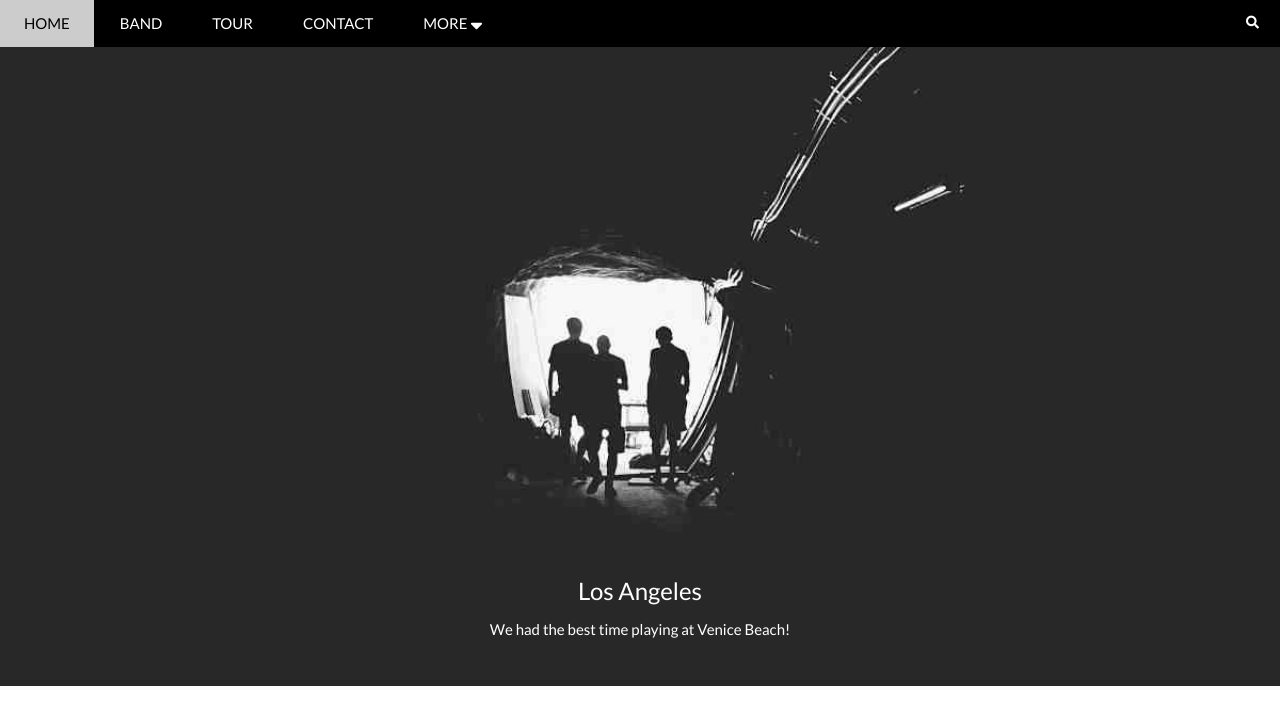
Repository: nguyenthaicong265/w3-band
Page: index.html
An editor plug-in stored every save of this project. The page is shown before and after the next save, followed by the edit.
The browser window is 1280 px wide. The pictures show the whole page.

Above is the page before, as saved 2021-12-28 16:31:37.

After the next save:
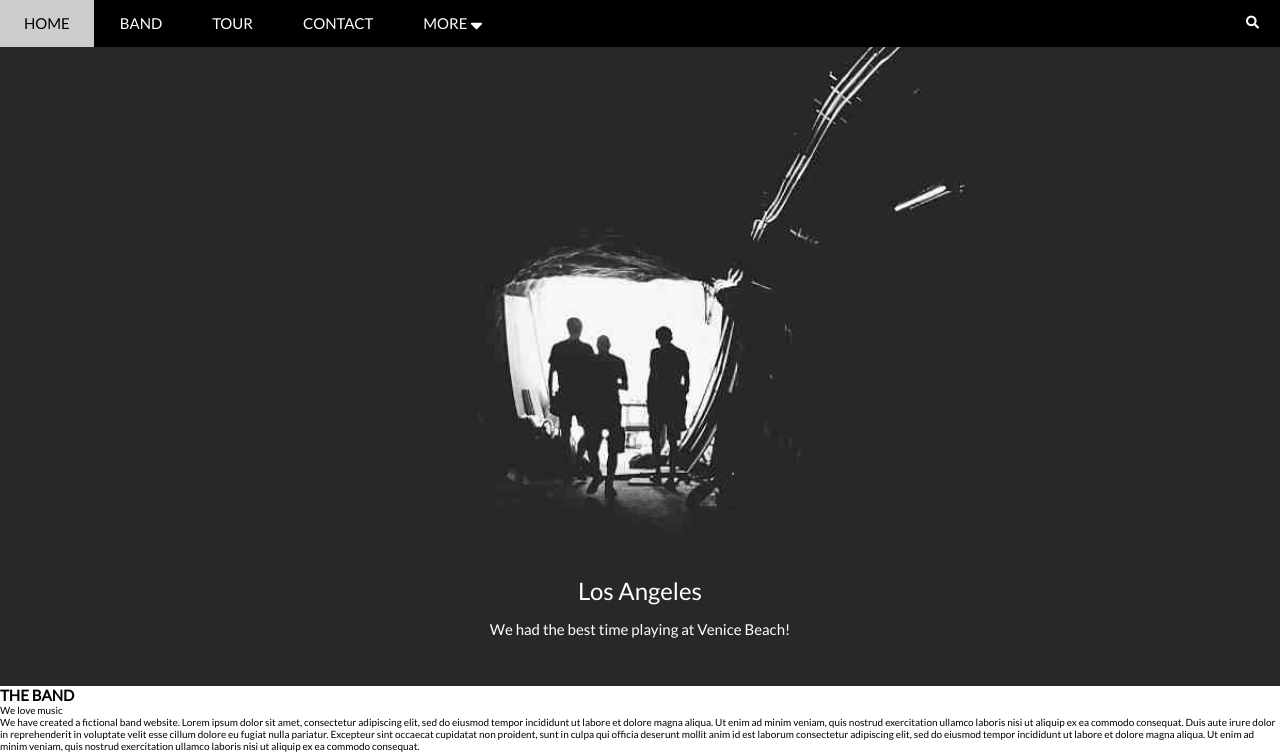
Saved 58 s later.
--- a/index.html
+++ b/index.html
@@ -47,12 +47,13 @@
         <div id="content">
             <div class="content-section">
                 <h2 class="section-heading">
-
+                THE BAND
                 </h2>
                 <p class="section-sub-heading">
-
+                We love music
                 </p>
-
+                <p class="about">We have created a fictional band website. Lorem ipsum dolor sit amet, consectetur adipiscing elit, sed do eiusmod tempor incididunt ut labore et dolore magna aliqua. Ut enim ad minim veniam, quis nostrud exercitation ullamco laboris nisi ut aliquip ex ea commodo consequat. Duis aute irure dolor in reprehenderit in voluptate velit esse cillum dolore eu fugiat nulla pariatur. Excepteur sint occaecat cupidatat non proident, sunt in culpa qui officia deserunt mollit anim id est laborum consectetur adipiscing elit, sed do eiusmod tempor incididunt ut labore et dolore magna aliqua. Ut enim ad minim veniam, quis nostrud exercitation ullamco laboris nisi ut aliquip ex ea commodo consequat.
+                </p>
 
             </div>
 
